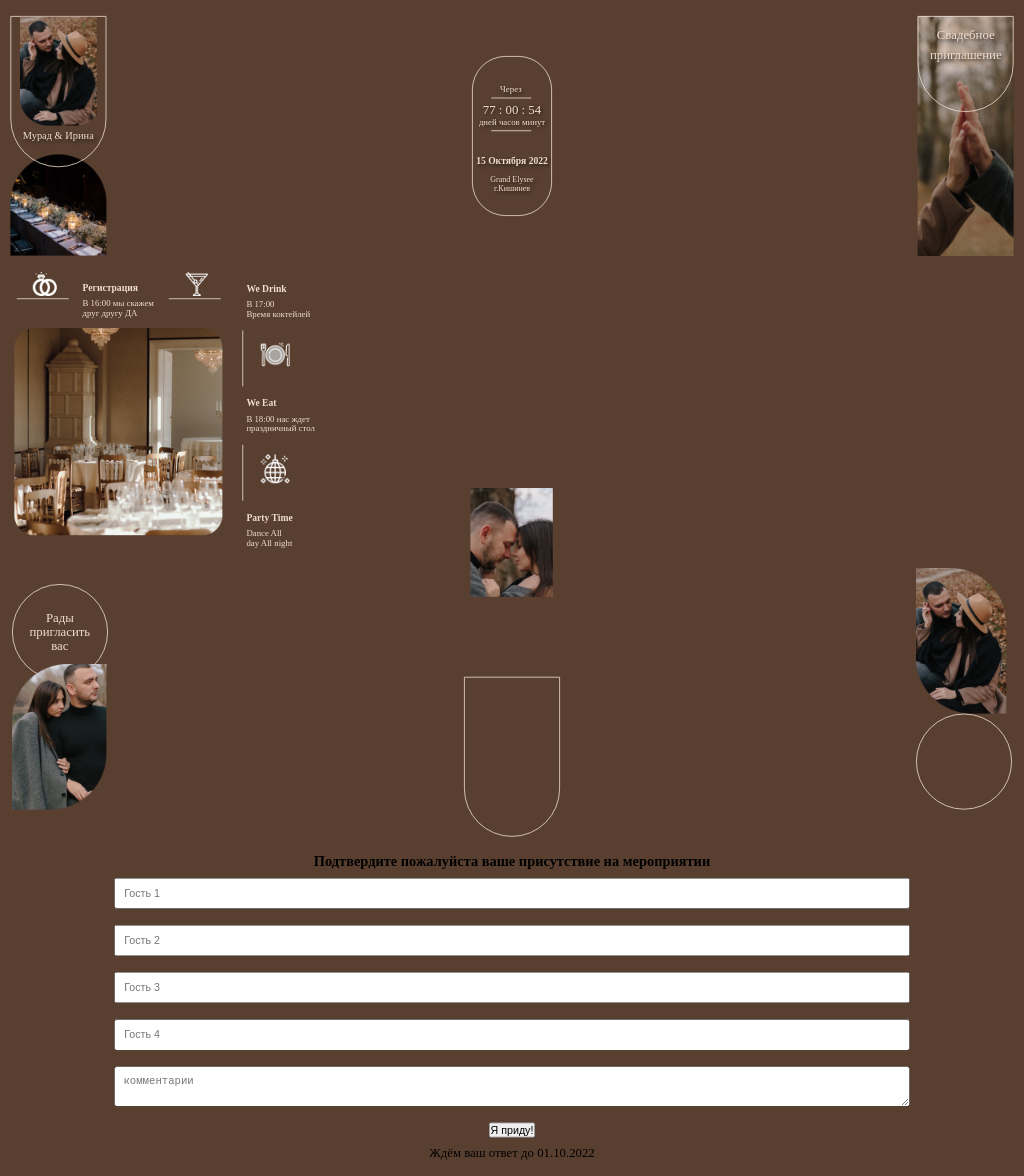
Repository: Anthony8845/wedding_invitation
Page: index.html
An editor plug-in stored every save of this project. The page is shown before and after the next save, followed by the edit.
The browser window is 1280 px wide. The pictures show the whole page, at 80% of full size.

Above is the page before, as saved 2022-07-30 12:00:11.

After the next save:
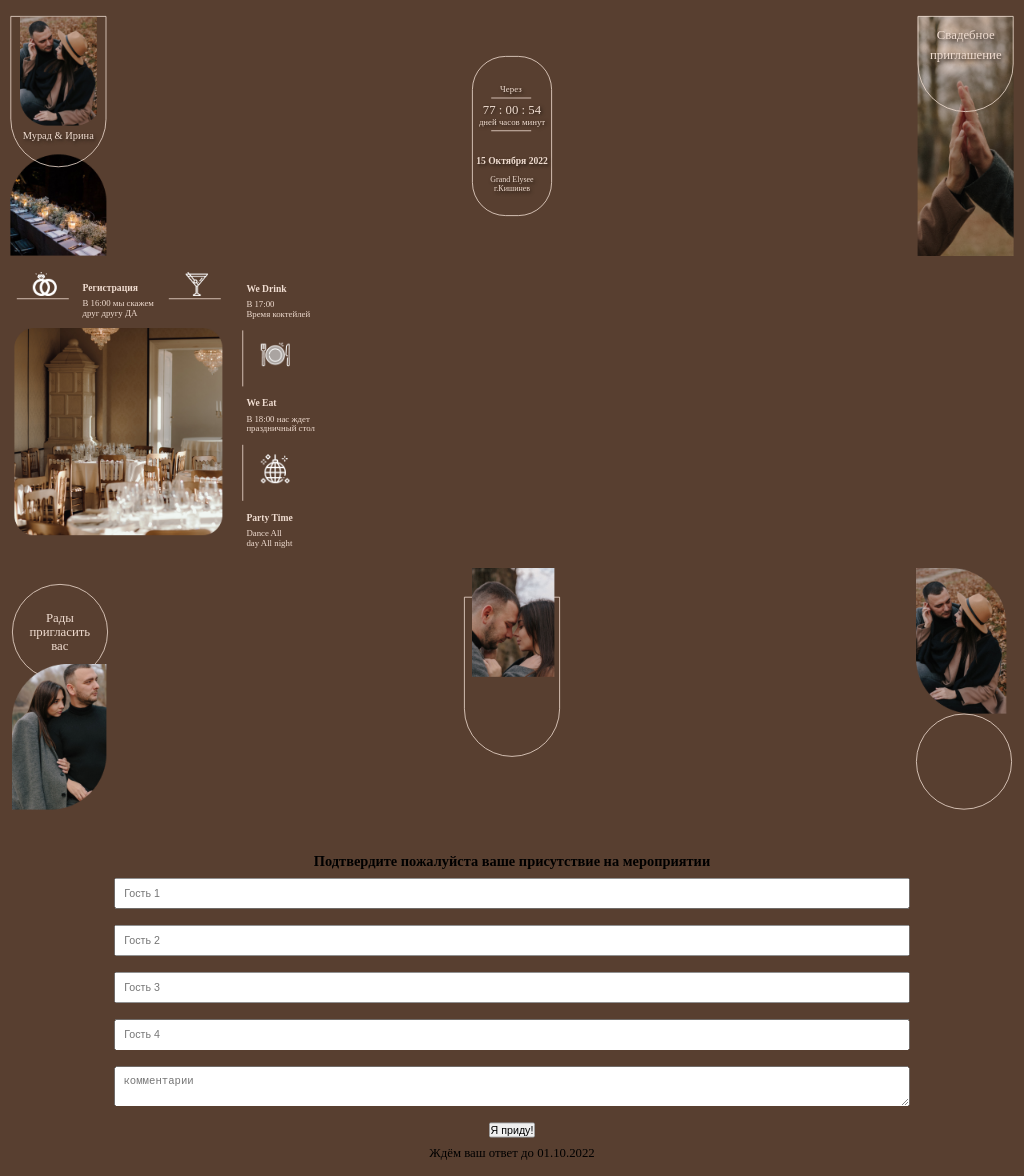
Saved 80 s later.
--- a/style.css
+++ b/style.css
@@ -267,7 +267,7 @@ body{
 }
 .two_border {
     position: relative;
-
+    bottom: 100px;
     width: 120px;
     height: 200px;
     z-index: 0;
@@ -276,8 +276,8 @@ body{
 }
 .two_img {
     position: relative;
-    left: 8px;
-    bottom: 100px;
+    left: 10px;
+
     width: 103px;
     height: 136px;
     background: url(./img/IMG2.png);
